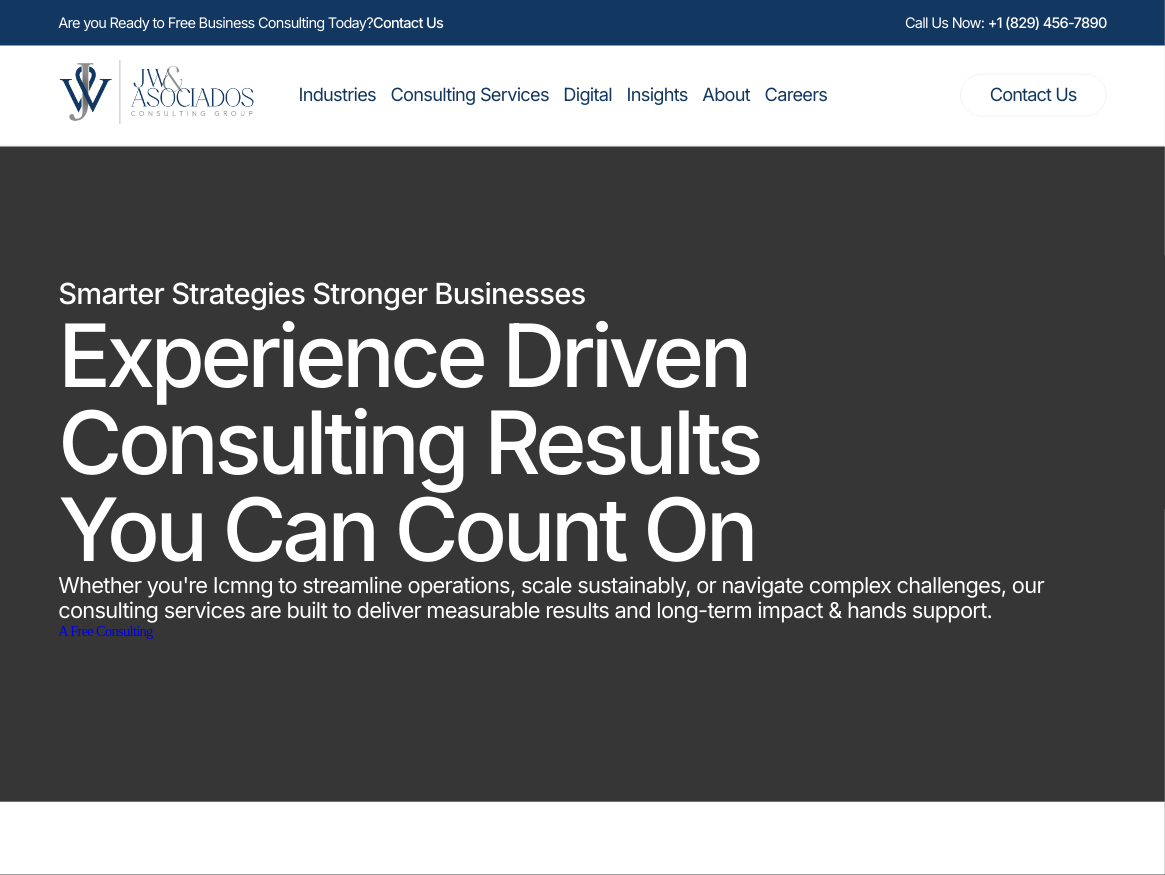
Repository: June-t/jwsyasociados
Page: /
An editor plug-in stored every save of this project. The page is shown before and after the next save, followed by the edit.
The browser window is 1280 px wide. The pictures show the whole page, at 91% of full size.
The project was rebuilt for these pictures with package versions that can differ from the ones it lists, and the page was loaded fresh each time. The framework's server and built-in components were replaced by stand-ins that run in the browser. Also part of the build but not shown: next.config.ts.

Above is the page before, as saved 2025-10-22 13:50:59.

After the next save:
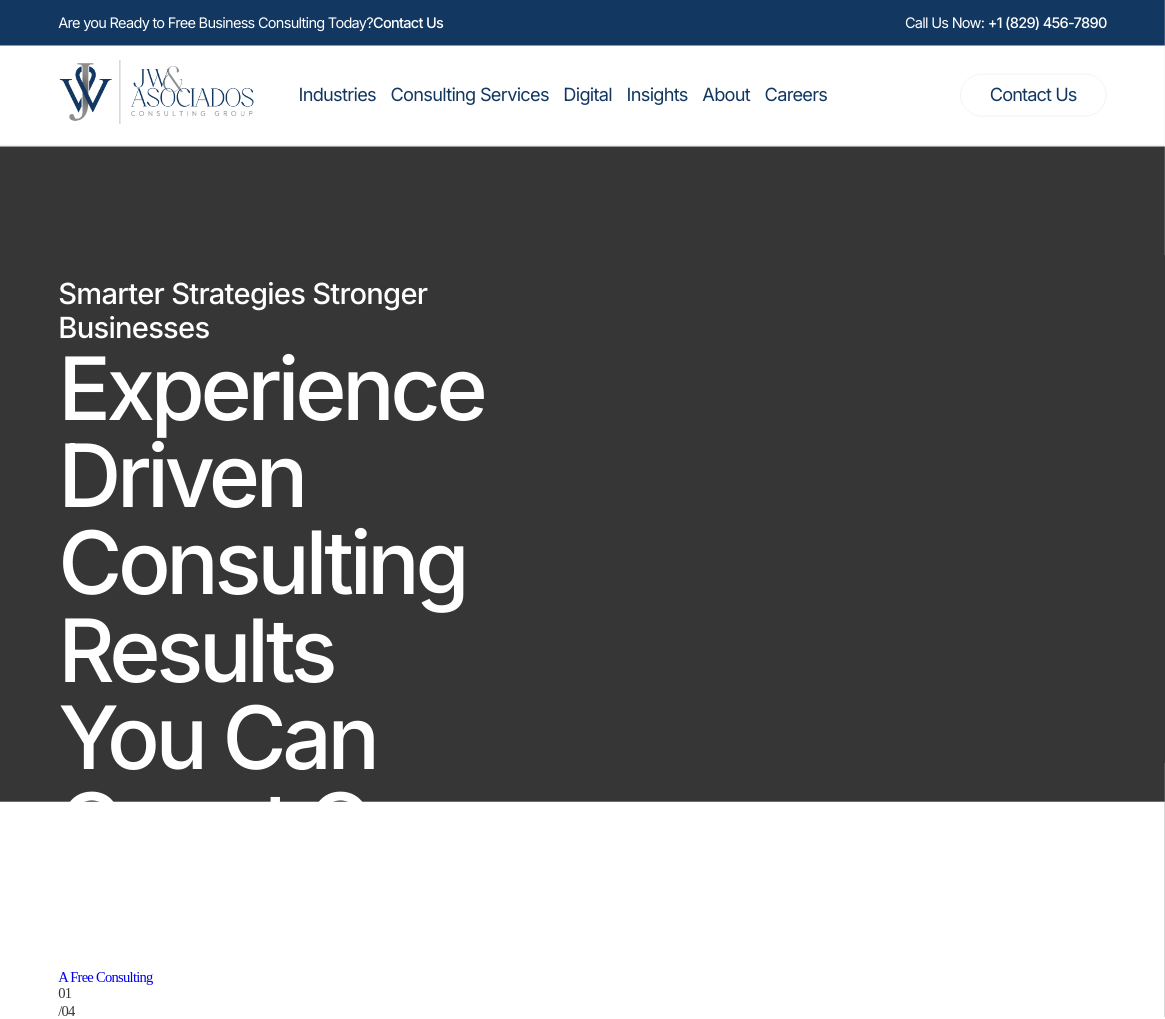
Saved 86 s later.
--- a/src/app/style/pages/_home.css
+++ b/src/app/style/pages/_home.css
@@ -1,11 +1,18 @@
 .main__hero {
   height: 100dvh;
   padding-inline: var(--wrapper-space);
+  background: var(--black);
+  padding-top: 20dvh;
   padding-bottom: 10dvh;
-  padding-top: 20dvh;
-  background: var(--black);
+  display: grid;
+  grid-template-rows: 1fr max-content;
 
   .hero__slider {
+    display: flex;
+    flex-direction: column;
+    justify-content: center;
+    width: 50%;
+
     h1 {
       font-family: var(--font-inter);
       font-style: normal;
